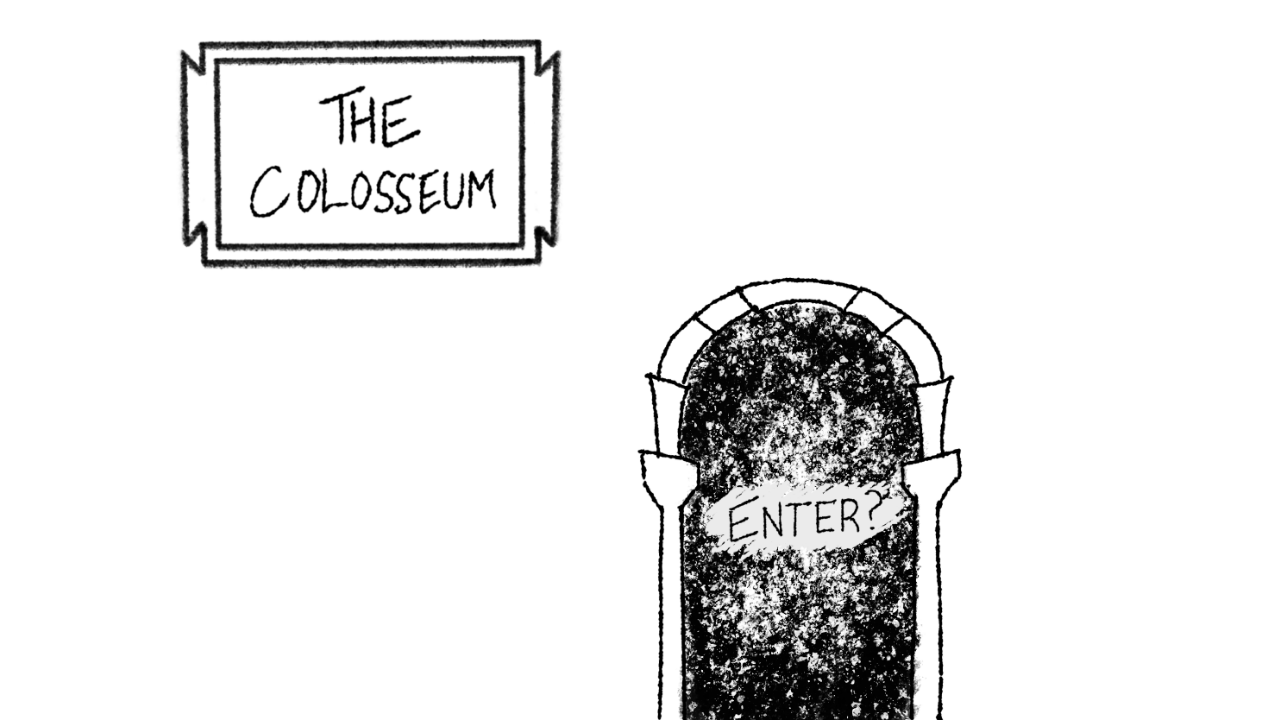
Repository: ejarnie0/theColosseum
Page: /
These files come from the project's save history. The page is drawn as it stood at one moment and after the next save; the edit follows.
The browser window is 1280 px wide. The pictures show the whole page.
The project was rebuilt for these pictures with package versions that can differ from the ones it lists, and the page was loaded fresh each time. Also part of the build but not shown: vite.config.ts. Imported but missing from the stored project, and not drawn on this page: src/assets/Creepy_Wind.mp3.

Above is the page before, as saved 2025-12-12 00:42:39.

### index.html
<!doctype html>
<html lang="en">
  <head>
    <meta charset="UTF-8" />
    <link rel="icon" type="image/svg+xml" href="/vite.svg" />
    <meta name="viewport" content="width=device-width, initial-scale=1.0" />
    <title>thecolloseum</title>
  </head>
  <body>
    <div id="root"></div>
    <script type="module" src="/src/main.tsx"></script>
  </body>
</html>

### src/index.css
:root {
  font-synthesis: none;
  text-rendering: optimizeLegibility;
  -webkit-font-smoothing: antialiased;
  -moz-osx-font-smoothing: grayscale;
}

*,
*::before,
*::after {
  box-sizing: border-box;
}

body {
  margin: 0;
  min-height: 100vh;
}

### src/App.tsx
import { useEffect, useRef, useCallback } from 'react';
import './App.css';
import titleScreen from './assets/title_screen_1.png';
import creepyWind from './assets/Creepy_Wind.mp3';

export default function App() {
  const audioRef = useRef<HTMLAudioElement | null>(null);

  useEffect(() => {
    const audio = new Audio(creepyWind);
    audio.loop = true;
    audio.volume = 0.55;
    audioRef.current = audio;

    audio.play().catch(() => {
      // Browsers may block autoplay; user click fallback is provided.
    });

    return () => {
      audio.pause();
      audioRef.current = null;
    };
  }, []);

  const handleAudioStart = useCallback(() => {
    if (!audioRef.current) return;
    audioRef.current.muted = false;
    audioRef.current.play().catch(() => {});
  }, []);

  return (
    <main className="app">
      <div className="hero-wrapper">
        <img
          src={titleScreen}
          alt="Title screen"
          className="title-image"
        />
        <button
          className="hero-action"
          aria-label="Right side action"
          type="button"
          onClick={handleAudioStart}
        />
      </div>
    </main>
  );
}

### src/App.css
:root {
  font-family: 'Inter', system-ui, -apple-system, BlinkMacSystemFont, 'Segoe UI',
    sans-serif;
  background-color: #ffffff;
  color: #e9edf5;
}

body {
  margin: 0;
  min-height: 100vh;
}

#root {
  min-height: 100vh;
}

.app {
  min-height: 100vh;
  display: grid;
  place-items: center;
  background: #ffffff;
}

.hero-wrapper {
  position: relative;
  width: 100vw;
  height: 100vh;
}

.title-image {
  width: 100%;
  height: 100%;
  object-fit: contain;
  background: #ffffff;
  display: block;
}

.hero-action {
  position: absolute;
  top: 0;
  right: 30%;
  width: 20%;
  height: 100%;
  border: none;
  background: transparent;
  cursor: pointer;
}

Loaded but not shown: src/main.tsx (common file)

After the next save:
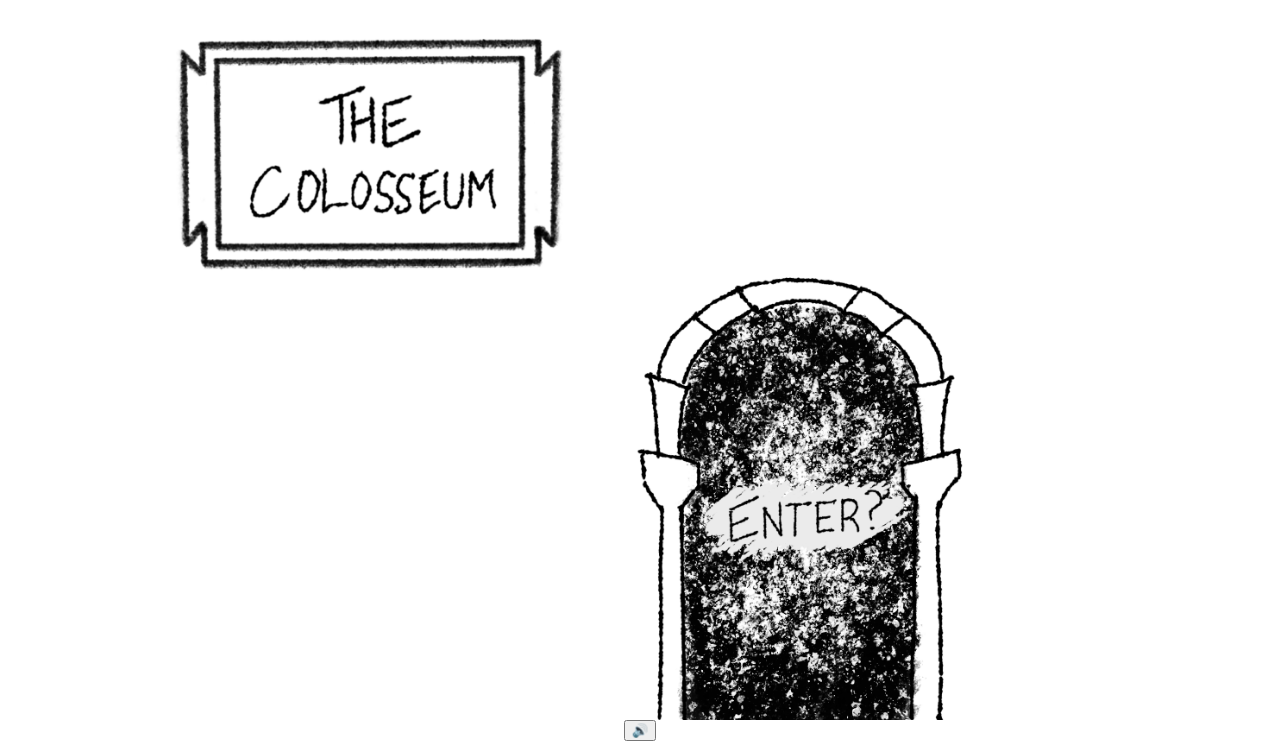
Saved 57 s later.
--- a/src/App.tsx
+++ b/src/App.tsx
@@ -1,10 +1,11 @@
-import { useEffect, useRef, useCallback } from 'react';
+import { useEffect, useRef, useCallback, useState } from 'react';
 import './App.css';
 import titleScreen from './assets/title_screen_1.png';
 import creepyWind from './assets/Creepy_Wind.mp3';
 
 export default function App() {
   const audioRef = useRef<HTMLAudioElement | null>(null);
+  const [muted, setMuted] = useState(false);
 
   useEffect(() => {
     const audio = new Audio(creepyWind);
@@ -28,6 +29,13 @@ export default function App() {
     audioRef.current.play().catch(() => {});
   }, []);
 
+  const toggleMute = useCallback(() => {
+    if (!audioRef.current) return;
+    const next = !muted;
+    audioRef.current.muted = next;
+    setMuted(next);
+  }, [muted]);
+
   return (
     <main className="app">
       <div className="hero-wrapper">
@@ -43,6 +51,14 @@ export default function App() {
           onClick={handleAudioStart}
         />
       </div>
+      <button
+        type="button"
+        className="volume-trigger"
+        onClick={toggleMute}
+        aria-label={muted ? 'Unmute wind sound' : 'Mute wind sound'}
+      >
+        {muted ? '🔇' : '🔊'}
+      </button>
     </main>
   );
 }
